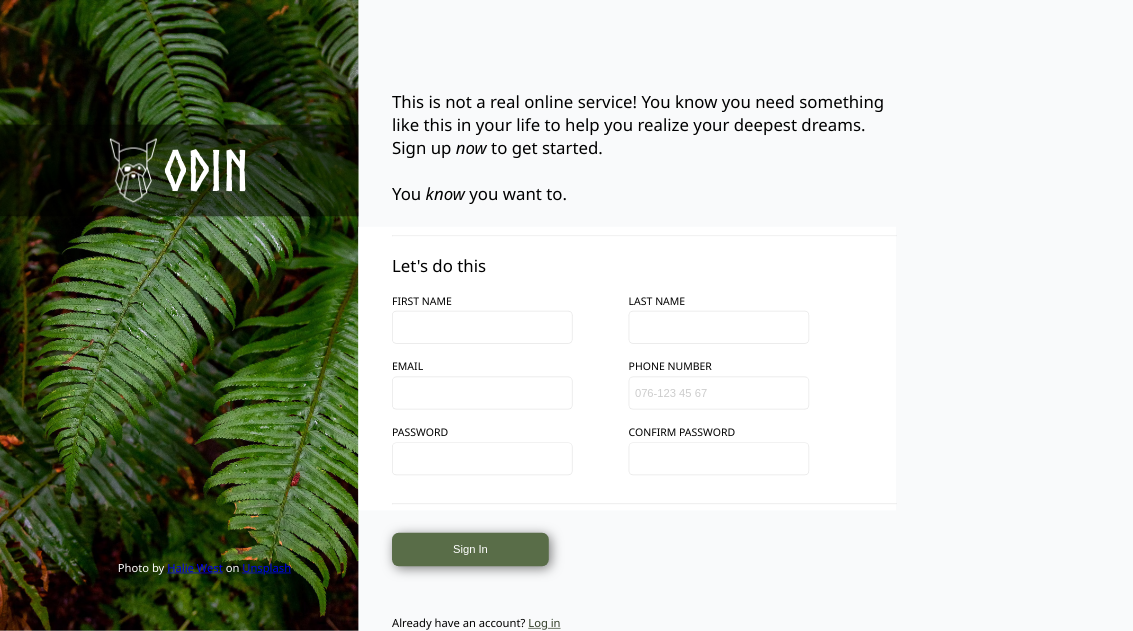
Repository: fed26sto-fundamentals/sign-up-form-odai-dh
Page: index.html
An editor plug-in stored every save of this project. The page is shown before and after a run of saves, followed by the edit.
The browser window is 1280 px wide. The page is 1282 px wide, then 1618 px, then 1282 px, so the pictures cover 1618 px, including what lies to the right of the window. The pictures show the part of the page from y = 0 to 1520 px (the page is 901 px tall before and 2193 px after), at 70% of full size.

Above is the page before, as saved 2024-10-01 21:17:35.

### index.html
<!DOCTYPE html>
<html lang="en">

<head>
    <meta charset="UTF-8">
    <meta name="viewport" content="width=device-width, initial-scale=1.0">
    <link href="styles.css" rel="stylesheet" />
    <title>Document</title>
</head>

<body>
    <div class="leftSide">
        <div class="odinLogo">
            <img src="/img/odin-lined.png" alt="odin logo">
            <p>ODIN</p>
        </div>
        <div class="leftSideFoot">
            <p>Photo by <a href="https://unsplash.com/@haliewestphoto" target="_blank">Halie West</a> on <a
                    href="https://unsplash.com/" target="_blank">Unsplash</a></p>

        </div>
    </div>
    <div class="rightSide">
        <div class="textR">
            <p>This is not a real online service! You know you need something like this in your life to help you realize
                your deepest dreams. Sign up <em>now</em> to get started.</p>
        </div>
        <div class="textRs">
            <p> You <em>know</em> you want to.</p>
        </div>
        <div class="form">
            <form action="#" class="form">
                <div class="formTitle">
        <hr id="line">
                    <p>Let's do this</p>
                </div>
                <div class="formStart">
                    <div class="cill1">
                        <div class="firstN">
                            <label for="firstN">FIRST NAME</label>
                            <input type="text" id="firstN" class="required" name="firstName" required>
                            <span class="error-message" aria-live="polite">First Name is required</span>
                        </div>
                        <div class="emailIn">
                            <label for="emailIn">EMAIL</label>
                            <input type="email" id="emailIn" class="required" name="email" required>
                            <span class="error-message" aria-live="polite">Email is required</span>
                        </div>
                        <div class="passwordIn">
                            <label for="passwordIn">PASSWORD</label>
                            <input type="password" id="passwordIn" class="required" name="password" required minlength="8" maxlength="16">
                            <span class="error-message" aria-live="polite">Password must be between 8 and 16 characters.</span>
                        </div>
                    </div>
                    <div class="cill2">
                        <div class="lastN">
                            <label for="lastN">LAST NAME</label>
                            <input type="text" id="lastN" class="required" name="lastName" required>
                            <span class="error-message" aria-live="polite">Last Name is required</span>
                        </div>
                        <div class="nummber">
                            <label for="number">PHONE NUMBER</label>
                            <input type="tel" id="number" class="required" name="phoneNumber" pattern="076-[0-9]{3} [0-9]{2} [0-9]{2}" placeholder="076-123 45 67" required>
                            <span class="error-message" aria-live="polite">Please enter a valid phone number.</span>
                        </div>
                        <div class="passwordCon">
                            <label for="passwordCon">CONFIRM PASSWORD</label>
                            <input type="password" id="passwordCon" class="required" name="confirmPassword" required minlength="8" maxlength="16">
                            <span class="error-message" aria-live="polite">Password do Not match</span>
                        </div>
                    </div>
                </div>
                <hr id="line">
        </div>

        <div class="submtion">
            <button id="forSubmtion"> Sign In</button>
            <div id="forSubmtionError"></div>
            <p>
                Already have an account? <a href="">Log in</a>
            </p>
        </div>
        </form>
    </div>
</body>

</html>

### styles.css
@font-face {
    font-family: 'NorseBold';
    src: url('../fonts/Norse-Bold.otf') format('opentype');

}

body {
    font-family: 'Segoe UI', Tahoma, Geneva, Verdana, sans-serif;
    display: flex;
    align-content: center;
    min-height: 100vh;
    margin: 0;
    padding: 0px;
    height: 100%;
    background-color: #F9FAFB;
    ;

}



.leftSide {
    background: url(/img/green.jpg) no-repeat;
    border: 0;
    width: 40%;
    align-content: center;
    background-size: cover;
    background-position: center;

}

.odinLogo {
    display: flex;
    justify-content: center;
    align-items: center;
    height: 10%;
    padding: 20px;
    gap: 10px;
    background-color: rgba(0, 0, 0, 0.5);
    position: relative;
    top: -25vh;
}

.odinLogo img {
    height: 100%;
}

.odinLogo p {
    color: white;
    font-size: 80px;
    font-family: 'NorseBold', sans-serif;
}


.leftSideFoot {
    display: flex;
    justify-self: center;
    position: relative;
    bottom: -41vh;
    left: 5vh;
}

.leftSideFoot p {
    color: rgb(255, 255, 255);
}

.leftSideFoot a:visited {
    color: rgb(199, 201, 221);
}

.leftSideFoot a:hover {
    color: rgb(187, 131, 239);
    transition: 0.5s;
}




.rightSide {
    display: flex;
    flex-direction: column;
    gap: 2rem;
}


.rightSide>div {
    padding-left: 3rem;
}

.rightSide>div>p {
    margin-top: 0;
    margin-bottom: 0;
}

.textR,
.textRs,
.formTitle {
    font-size: 1.5rem;
}

.textR {
    margin-top: 8rem;
}

.form{
    background-color: rgb(255, 255, 255);
}
.formStart {
    display: flex;
    justify-content: left;
    gap: 5rem;
    flex-wrap: wrap;
}

.formStart div {
    display: flex;
    flex-direction: column;
    gap: 1.4rem;
}

.formStart>div {
    margin-bottom: 2rem;
}

.formStart div div label {
    font-size: 15px;
}

.formStart div div input {
    width: 100%;

}
.formStart div div input:focus {
    border-color: #007BFF;
    box-shadow: 0 0 5px rgba(0, 123, 255, 1);

}

#line{
    width: 100%;
    opacity: 0.2;
    margin: ;
}



.error-message {
    display: none;
    color: #d30c34;
    font-size: 12px;
    margin-top: -5px;
}

input:not(:focus):invalid+.error-message {
    display: none;
}

input:invalid+.error-message {
    display: block;
    margin-top: 4px;
}
input:not(:focus):invalid {
    border: 1px solid rgba(128, 128, 128, 0.2); /* Neutraler grauer Rand */
}

input::placeholder {
    color: grey;
    font-size: 16px;
    opacity: 0.4;
}


.formStart div div input {
    height: 1.8rem;
    width: 15rem;
    border: 1px solid #ccc;
    border-radius: 0.4rem;
    outline: none;
    padding: 0.5rem;
    font-size: 18px;
}

.formStart div div {
    display: flex;
    flex-direction: column;
    gap: 0.3rem;
}

.submtion {
    display: flex;
    flex-direction: column;
    gap: 2.2rem
}

.submtion a {
    color: #596D48;
}

.submtion a:visited {
    color: #313d27;
}

#forSubmtion {
    cursor: pointer;
    height: 3rem;
    width: 14rem;
    background-color: #596D48;
    color: white;
    font-size: 16px;
    border: 0px;
    border-radius: 0.6rem;
    box-shadow: 0.2rem 0.2rem 1rem rgba(0, 0, 0, 0.5);
}

After the next 4 saves:
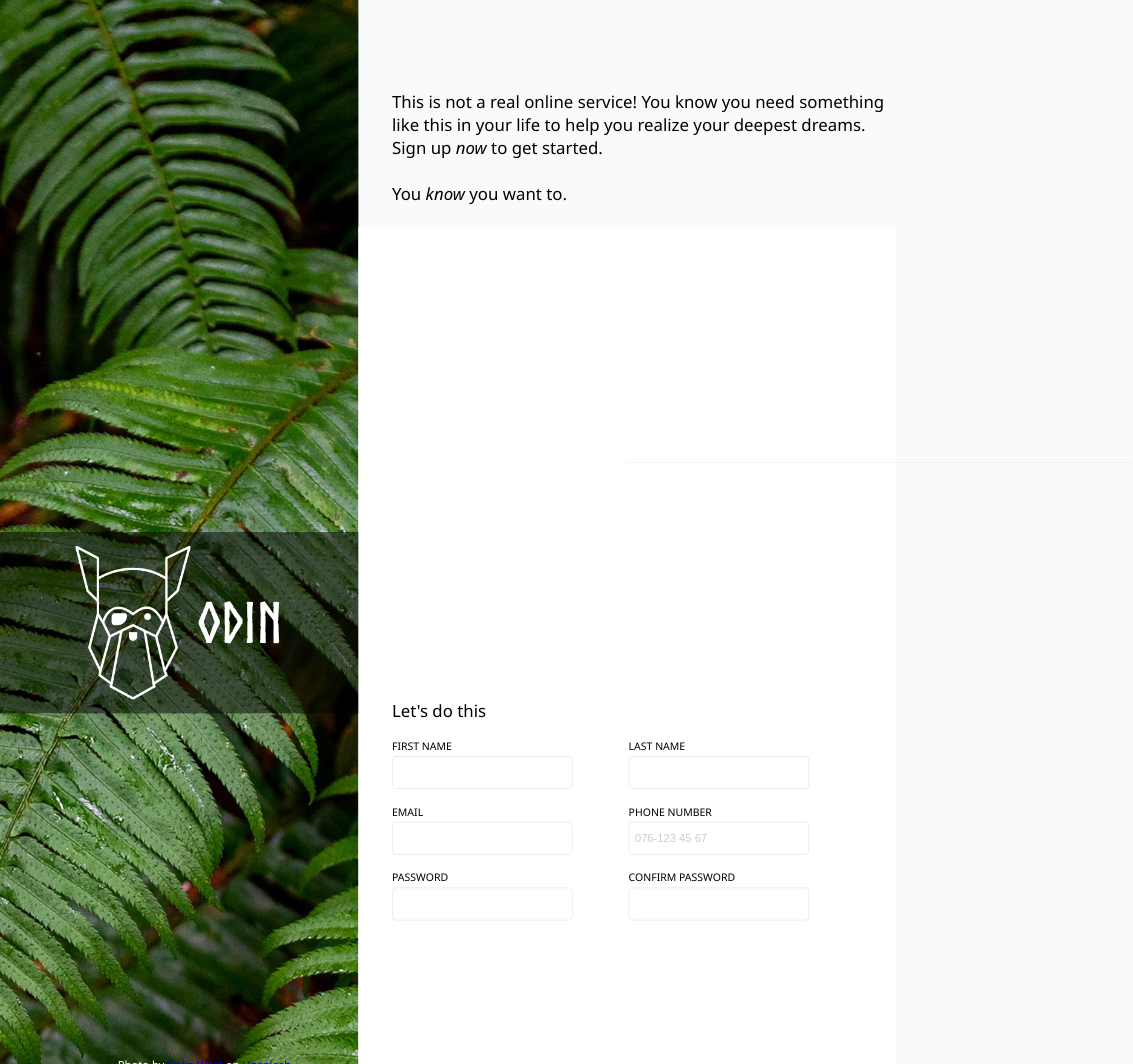
The 4 saves are shown as one change because they came seconds apart.
The last was saved 10 s later.
--- a/styles.css
+++ b/styles.css
@@ -139,7 +139,7 @@
 #line{
     width: 100%;
     opacity: 0.2;
-    margin: ;
+    margin: 21rem;
 }
 
 

After the 3 saves that followed:
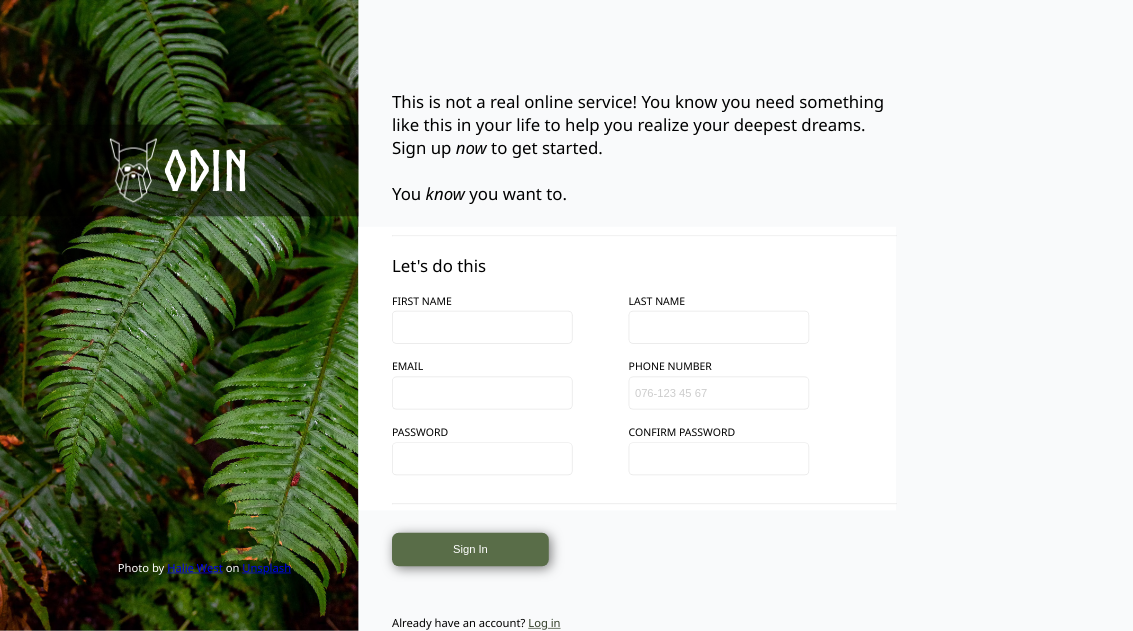
The 3 saves are shown as one change because they came seconds apart.
The last was saved 8 s later.
--- a/styles.css
+++ b/styles.css
@@ -139,7 +139,7 @@
 #line{
     width: 100%;
     opacity: 0.2;
-    margin: 21rem;
+    margin: ;
 }
 
 
